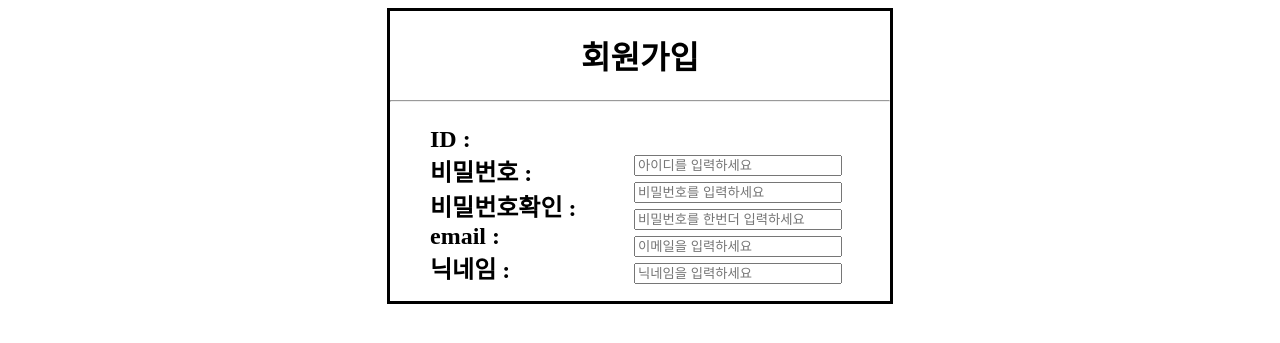
Repository: MySunTY/JSP
Page: http://localhost/PRAC/
The author's editor kept a copy of each file at every save. The page is drawn from the files as they stood at one save, then again after the next save.
The browser window is 1280 px wide. The pictures show the whole page.
The page is served by Tomcat 9.

Above is the page before, as saved 2024-05-14 06:08:47.

### PRAC/src/main/webapp/index.jsp
<%@ page language="java" contentType="text/html; charset=utf-8"
    pageEncoding="utf-8"%>
<!DOCTYPE html>
<html>
	<head>
		<meta charset="utf-8">
		<title>회원가입</title>
		<style>
			#wrap{
				width: 500px;

				border: 3px solid black;

				margin : 0 auto;

			}
			ul{
				margin-left : 0;

			}
			li{
				list-style : none;
				font-weight : bold;
				font-size : 1.5em ;

			}
			.desc{
				width: 200px;
				display : inline-block;


			}
			.inputs{
				width:250px;

				display: inline-block;
			}
			.title{
				text-align : center;
			}
			li>input{
				width :200px;
			}
		</style>
	</head>
	<body>
		<div id="wrap">
			<form>
			<div class="title">
				<h1>회원가입</h1>
			</div>
			<hr>
			<div class="desc">
				<ul>
					<li>ID :</li>
					<li>비밀번호 :</li>
					<li>비밀번호확인 :</li>
					<li>email :</li>
					<li>닉네임 :</li>

				</ul>
			</div>
			<div class="inputs">
				<ul>
					<li>
						<input type="text" name="id" placeholder="아이디를 입력하세요">
					</li>
					<li>
						<input type="password" name="pw" placeholder="비밀번호를 입력하세요">
					</li>
					<li>
						<input type="password" name="repw" placeholder="비밀번호를 한번더 입력하세요">
					</li>
					<li>
						<input type="email" name="email" placeholder="이메일을 입력하세요">
					</li>
					<li>
						<input type="text" name="nickName" placeholder="닉네임을 입력하세요">
					</li>




				</ul>
			</div>
		</form>
		</div>

	</body>
</html>

After the next save:
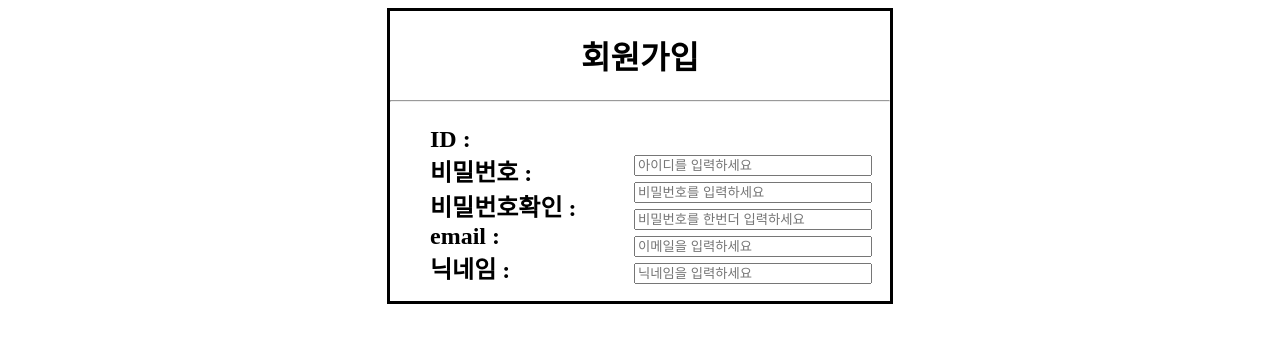
Saved 23 s later.
--- a/PRAC/src/main/webapp/index.jsp
+++ b/PRAC/src/main/webapp/index.jsp
@@ -39,7 +39,7 @@
 				text-align : center;
 			}
 			li>input{
-				width :200px;
+				width :230px;
 			}
 		</style>
 	</head>
